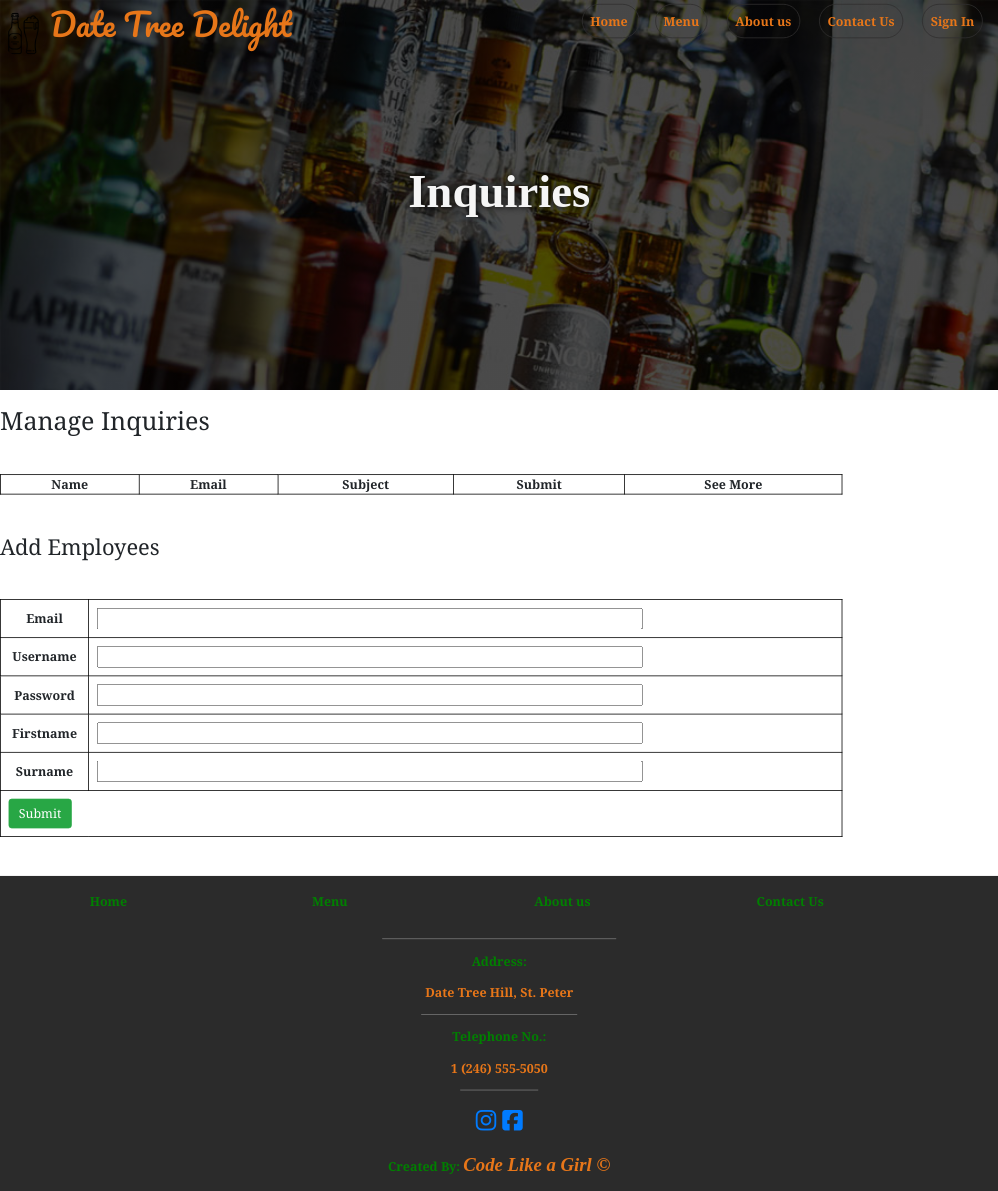
Repository: jadagoring/DateTreeDelight
Page: http://localhost/inquiries.php
The author's editor kept a copy of each file at every save. The page is drawn from the files as they stood at one save, then again after the next save.
The browser window is 1280 px wide. The pictures show the whole page, at 78% of full size.
Some web fonts or font styles are not loaded; a fallback is used. Some web libraries are served in a nearby version. The page is run by PHP 8.4 with error messages shown; the project is at /var/www/html/. Queries for data that is not in the repository find no rows.

Above is the page before, as saved 2020-06-04 19:16:13.

### inquiries.php
<?php
include "templates/header.php";
$connect = mysqli_connect("localhost", "root", "", "cart_system");
?>

<div class="inq-header">
    <div class="seperator-div"></div>
    <h2 class="inq-hdr">Inquiries</h2>
</div>

<div class="inq-body">
    <table>
        <h2 style="padding-top: 20px;">Manage Inquiries</h2>
        <tr>
            <th>Name</th>
            <th>Email</th>
            <th>Subject</th>
            <th>Submit</th>
            <th>See More</th>
        </tr>

        <?php
        $query = "SELECT * FROM login ORDER BY userID ASC";
        $result = mysqli_query($connect, $query);
        if (mysqli_num_rows($result) > 0) {
            while ($row = mysqli_fetch_array($result)) {
        ?>
                <form action="inquiryinfo.php" method="POST">
                    <tr>
                        <td><?php echo $row["email"]; ?></td>
                        <td><?php echo $row["userName"]; ?></td>
                        <td><?php echo $row["firstName"]; ?></td>
                        <td><?php echo $row["lastName"]; ?></td>
                        <td style="text-align: center;"><input type="submit" value="Delete" name="deleteusr" class="btn btn-danger"></td>
                        <input type="hidden" name="userID" value="<?php echo $row['userID'] ?>">

                    </tr>
                </form>
        <?php
            }
        }
        ?>

        <table>
            <form action="employees.php" method="POST">
                <h3>Add Employees</h3>
                <tr>
                    <th>Email</th>
                    <td><input type="email" name="Email" style="width: 700px;"></td>
                </tr>

                <tr>
                    <th>Username</th>
                    <td><input type="text" name="Username" style="width: 700px;"></td>
                </tr>
                <tr>
                    <th>Password</th>
                    <td><input type="password" name="Password" style="width: 700px;"></td>
                </tr>
                <tr>
                    <th>Firstname</th>
                    <td><input type="text" name="FirstName" style="width: 700px;"></td>
                </tr>
                <tr>
                    <th>Surname</th>
                    <td><input type="text" name="LastName" style="width: 700px;"></td>
                </tr>
                <tr>
                    <td colspan="2"><input type="Submit" name="Submit" value="Submit" class="btn btn-success"></td>
                </tr>
            </form>
        </table>
</div>

<?php include "templates/footer.php"; ?>

### templates/header.php
<?php
session_start();
include "assets/helpers/functions.php";

$app = new App();

$Occupation = $app->getRole();
?>
<!DOCTYPE html>
<html lang="en">

<head>
    <meta charset="UTF-8">
    <meta name="viewport" content="width=device-width, initial-scale=1.0">
    <title>Date Tree Delight</title>

    <!-- CSS -->
    <link rel="stylesheet" href="https://stackpath.bootstrapcdn.com/bootstrap/4.4.1/css/bootstrap.min.css" integrity="sha384-Vkoo8x4CGsO3+Hhxv8T/Q5PaXtkKtu6ug5TOeNV6gBiFeWPGFN9MuhOf23Q9Ifjh" crossorigin="anonymous">
    <link rel="stylesheet" href="assets\css\styles.css">

    <!-- JavaScript -->
    <script src="https://code.jquery.com/jquery-3.4.1.slim.min.js" integrity="sha384-J6qa4849blE2+poT4WnyKhv5vZF5SrPo0iEjwBvKU7imGFAV0wwj1yYfoRSJoZ+n" crossorigin="anonymous"></script>
    <script src="https://cdn.jsdelivr.net/npm/popper.js@1.16.0/dist/umd/popper.min.js" integrity="sha384-Q6E9RHvbIyZFJoft+2mJbHaEWldlvI9IOYy5n3zV9zzTtmI3UksdQRVvoxMfooAo" crossorigin="anonymous"></script>
    <script src="https://stackpath.bootstrapcdn.com/bootstrap/4.4.1/js/bootstrap.min.js" integrity="sha384-wfSDF2E50Y2D1uUdj0O3uMBJnjuUD4Ih7YwaYd1iqfktj0Uod8GCExl3Og8ifwB6" crossorigin="anonymous"></script>
    <script src="https://kit.fontawesome.com/e9662c41f5.js" crossorigin="anonymous"></script>
</head>

<body>
    <!-- No log in -->
    <?php if ($Occupation == "Random") { ?>

        <div id="Navbar" class="nav-bar">
            <div class="right-nav">
                <a href="index.php" class="side-links">Home </a>
                <a href="Menu.php" class="side-links">Menu</a>
                <a href="Aboutus.php" class="side-links">About us</a>
                <a href="Contactus.php" class="side-links">Contact Us</a>
                <a href="login.html" class="side-links" style="margin-right:20px">Sign In</a>
            </div>

            <div class="left-nav">
                <div class="left-info">
                    <img src="assets\images\l-07-512.png" style="width: 60px; height: 60px; border-radius: 30px;" alt="Logo">
                    <span class="nav-text">Date Tree Delight</span>
                </div>
            </div>
        </div>
    <?php
    }
    ?>

    <!-- Customers login -->
    <?php if ($Occupation == "Customer") { ?>

        <div id="Navbar" class="nav-bar">
            <div class="right-nav">
                <a href="shoppingcart.php"><img src="assets/images/shopping-cart.png" alt="shoppingcart" class="shop-cart"></a>
                <a href="index.php" class="side-links">Home </a>
                <a href="Menu.php" class="side-links">Menu</a>
                <a href="Aboutus.php" class="side-links">About us</a>
                <a href="Contactus.php" class="side-links">Contact Us</a>
                <a href="signout.php" class="side-links" style="margin-right:20px">Sign Out</a>
            </div>

            <div class="left-nav">
                <div class="left-info">
                    <img src="assets\images\l-07-512.png" style="width: 60px; height: 60px; border-radius: 30px;" alt="Logo">
                    <span class="nav-text">Date Tree Delight</span>
                </div>
            </div>
        </div>
    <?php
    }
    ?>

    <!-- Employees Logged in -->
    <?php if ($Occupation == "Employee") { ?>

        <div id="Navbar" class="nav-bar">
            <div class="right-nav">
                <a href="order.php" class="side-links">Orders </a>
                <a href="inventory.php" class="side-links">Inventory</a>
                <a href="inquiries.php" class="side-links">Inquiries</a>
                <a href="signout.php" class="side-links" style="margin-right:20px">Sign Out</a>
            </div>

            <div class="left-nav">
                <div class="left-info">
                    <img src="assets\images\l-07-512.png" style="width: 60px; height: 60px; border-radius: 30px;" alt="Logo">
                    <span class="nav-text">Date Tree Delight</span>
                </div>
            </div>
        </div>
    <?php } ?>

    <!-- Admin logged in -->
    <?php if ($Occupation == "Owner") { ?>
        <div id="Navbar" class="nav-bar">
            <div class="right-nav">
                <a href="events.php" class="side-links">Events</a>
                <a href="order.php" class="side-links">Orders</a>
                <a href="inventory.php" class="side-links">Inventory</a>
                <a href="inquiries.php" class="side-links">Inquires</a>
                <a href="Employees.php" class="side-links">Employees</a>
                <a href="signout.php" class="side-links" style="margin-right:20px">Sign Out</a>
            </div>

            <div class="left-nav">
                <div class="left-info">
                    <img src="assets\images\l-07-512.png" style="width: 60px; height: 60px; border-radius: 30px;" alt="Logo">
                    <span class="nav-text">Date Tree Delight</span>
                </div>
            </div>
        </div>
    <?php } ?>

### assets/helpers/functions.php
<?php
class App
{
    function getRole()
    {
        if (isset($_SESSION['Occupation'])) {
            $Occupation = $_SESSION['Occupation'];
        } else {
            $Occupation = "Random";
        }

        return $Occupation;
    }
    function adminpage()
    {
        if (isset($_SESSION['Occupation'])) {
            if ($_SESSION['Occupation'] != "Owner") {
                header('Location:index.php');
            }
        } else {
            header('Location:index.php');
        }
    }

    function employeepage()
    {
        if (isset($_SESSION['Occupation'])) {
            if (($_SESSION['Occupation'] == "Owner") || ($_SESSION['Occupation'] == "Employee")) {
            }
            else{
                header('Location:index.php');
            }
        } else {
            header('Location:index.php');
        }
    }
}

### templates/footer.php
    <div class="footer">
        <div class="container">
            <!-- No log in -->
            <?php if ($Occupation == "Random") { ?>
                <div class="row footer-nav">
                    <div class="col-3"> <a href="index.php" class="side-links">Home </a> </div>
                    <div class="col-3"> <a href="Menu.php" class="side-links">Menu</a> </div>
                    <div class="col-3"> <a href="Aboutus.php" class="side-links">About us</a> </div>
                    <div class="col-3"> <a href="Contactus.php" class="side-links">Contact Us</a> </div>
                </div>
            <?php
            }
            ?>

            <!-- Customers login -->
            <?php if ($Occupation == "Customer") { ?>
                <div class="row footer-nav">
                    <div class="col-2"> <a href="index.php" class="side-links">Home </a> </div>
                    <div class="col-2"> <a href="Menu.php" class="side-links">Menu</a> </div>
                    <div class="col-2"> <a href="shoppingcart.php" class="side-links">Cart</a> </div>
                    <div class="col-2"> <a href="Aboutus.php" class="side-links">About us</a> </div>
                    <div class="col-2"> <a href="Contactus.php" class="side-links">Contact Us</a> </div>
                </div>
            <?php
            }
            ?>

            <!-- Employees Logged in -->
            <?php if ($Occupation == "Employee") { ?>
                <div class="row footer-nav">
                    <div class="col-2"> <a href="order.php" class="side-links">Orders </a> </div>
                    <div class="col-2"> <a href="inventory.php" class="side-links">Inventory</a> </div>
                    <div class="col-2"> <a href="inquiries.php" class="side-links">Inquiries</a> </div>
                </div>
            <?php } ?>

            <!-- Admin logged in -->
            <?php if ($Occupation == "Owner") { ?>
                <div class="row footer-nav">
                    <div class="col-2"> <a href="events.php" class="side-links">Events</a> </div>
                    <div class="col-2"> <a href="order.php" class="side-links">Orders</a> </div>
                    <div class="col-2"> <a href="inventory.php" class="side-links">Inventory</a> </div>
                    <div class="col-2"> <a href="inquiries.php" class="side-links">Inquires</a> </div>
                    <div class="col-2"> <a href="Employees.php" class="side-links">Employees</a> </div>
                </div>
            <?php } ?>

            <div class="spacer-div"></div>
            <div class="row footer-nav-text">
                <div style="text-align:center; margin-left: auto; margin-right: auto;">
                    <hr class="footer-hr" style="width:300px;">
                    <p class="footer-text"> Address: </p>
                    <p>Date Tree Hill, St. Peter</p>
                    <hr class="footer-hr" style="width:200px;">
                    <p class="footer-text">Telephone No.:</p>
                    <p>1 (246) 555-5050</p>
                    <hr class="footer-hr" style="width:100px;">
                </div>
            </div>

            <div class="row">
                <div class="socials" style="text-align:center; margin-left: auto; margin-right: auto;">
                    <p> <a href="https://instagram.com/datetreedelight?igshid=wuq8k1wrkhhx"><i class="fab fa-instagram"></i> </a>
                        <a href="https://facebook.com/datetreedelight246"><i class="fab fa-facebook-square"> </i></a>
                    </p>
                </div>
            </div>

            <div class="row">
                <div class="footer-comp" style="text-align:center; margin-left: auto; margin-right: auto;">
                    <p> Created By: <span class="footer-company"> Code Like a Girl &copy </span> </p>
                </div>
            </div>

        </div>
    </div>
    </body>

    </html>

Loaded but not shown: assets/css/styles.css (700 lines, source omitted)

After the next save:
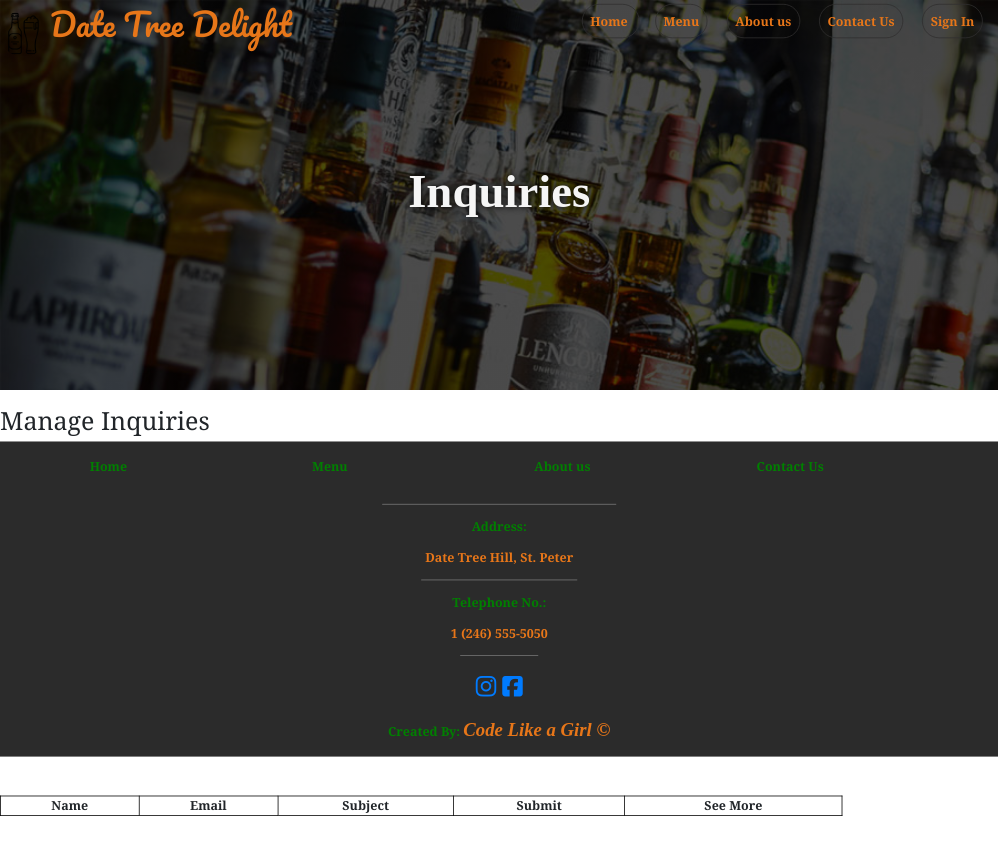
Saved 38 s later.
--- a/inquiries.php
+++ b/inquiries.php
@@ -40,36 +40,6 @@ $connect = mysqli_connect("localhost", "root", "", "cart_system");
             }
         }
         ?>
-
-        <table>
-            <form action="employees.php" method="POST">
-                <h3>Add Employees</h3>
-                <tr>
-                    <th>Email</th>
-                    <td><input type="email" name="Email" style="width: 700px;"></td>
-                </tr>
-
-                <tr>
-                    <th>Username</th>
-                    <td><input type="text" name="Username" style="width: 700px;"></td>
-                </tr>
-                <tr>
-                    <th>Password</th>
-                    <td><input type="password" name="Password" style="width: 700px;"></td>
-                </tr>
-                <tr>
-                    <th>Firstname</th>
-                    <td><input type="text" name="FirstName" style="width: 700px;"></td>
-                </tr>
-                <tr>
-                    <th>Surname</th>
-                    <td><input type="text" name="LastName" style="width: 700px;"></td>
-                </tr>
-                <tr>
-                    <td colspan="2"><input type="Submit" name="Submit" value="Submit" class="btn btn-success"></td>
-                </tr>
-            </form>
-        </table>
 </div>
 
 <?php include "templates/footer.php"; ?>
